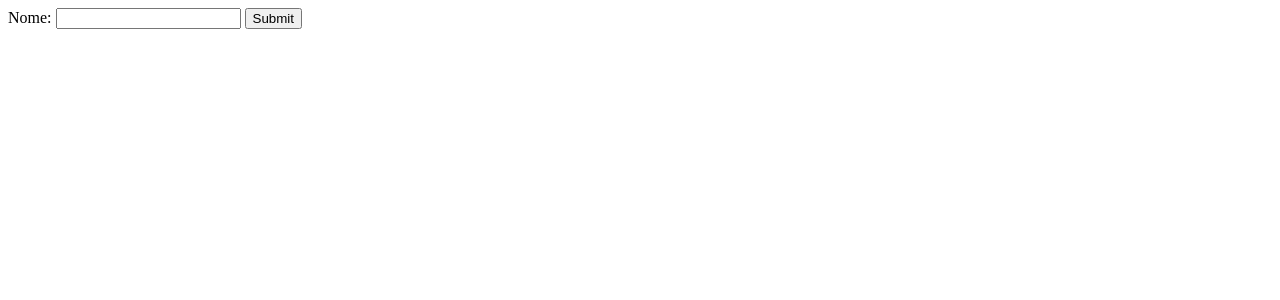
Repository: CauaneTemporin/API_CRUD_JAVA_Servlet_JSP
Page: http://localhost/gerenciador/formEmpresa.jsp
These files come from the project's save history. The page is drawn as it stood at one moment and after the next save; the edit follows.
The browser window is 1280 px wide. The pictures show the whole page.
The page is served by Tomcat 9.

Above is the page before, as saved 2023-05-15 01:07:08.

After the next save:
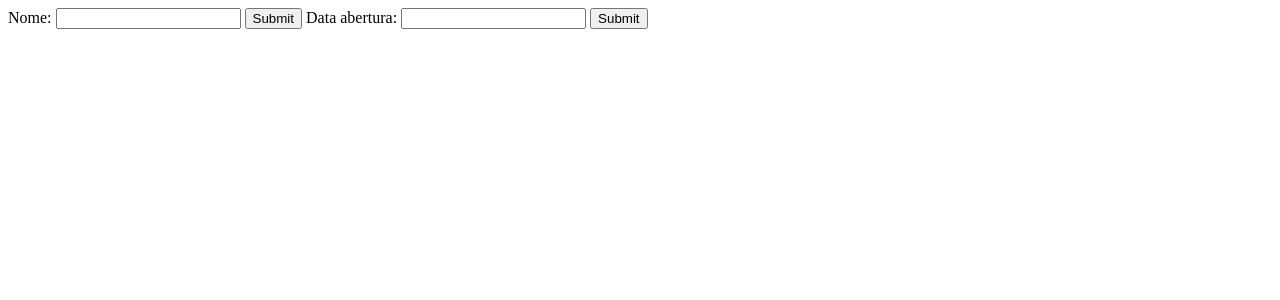
Saved 3 min 44 s later.
--- a/gerenciador/src/main/webapp/formEmpresa.jsp
+++ b/gerenciador/src/main/webapp/formEmpresa.jsp
@@ -11,6 +11,7 @@
 <body>
 	<form action="${linkServletEmpresa }" method="post">
 		Nome: <input type="text" name="nome"> <input type="submit" />
+		Data abertura: <input type="text" name="nome"> <input type="submit" />
 	</form>
 </body>
 </html>
